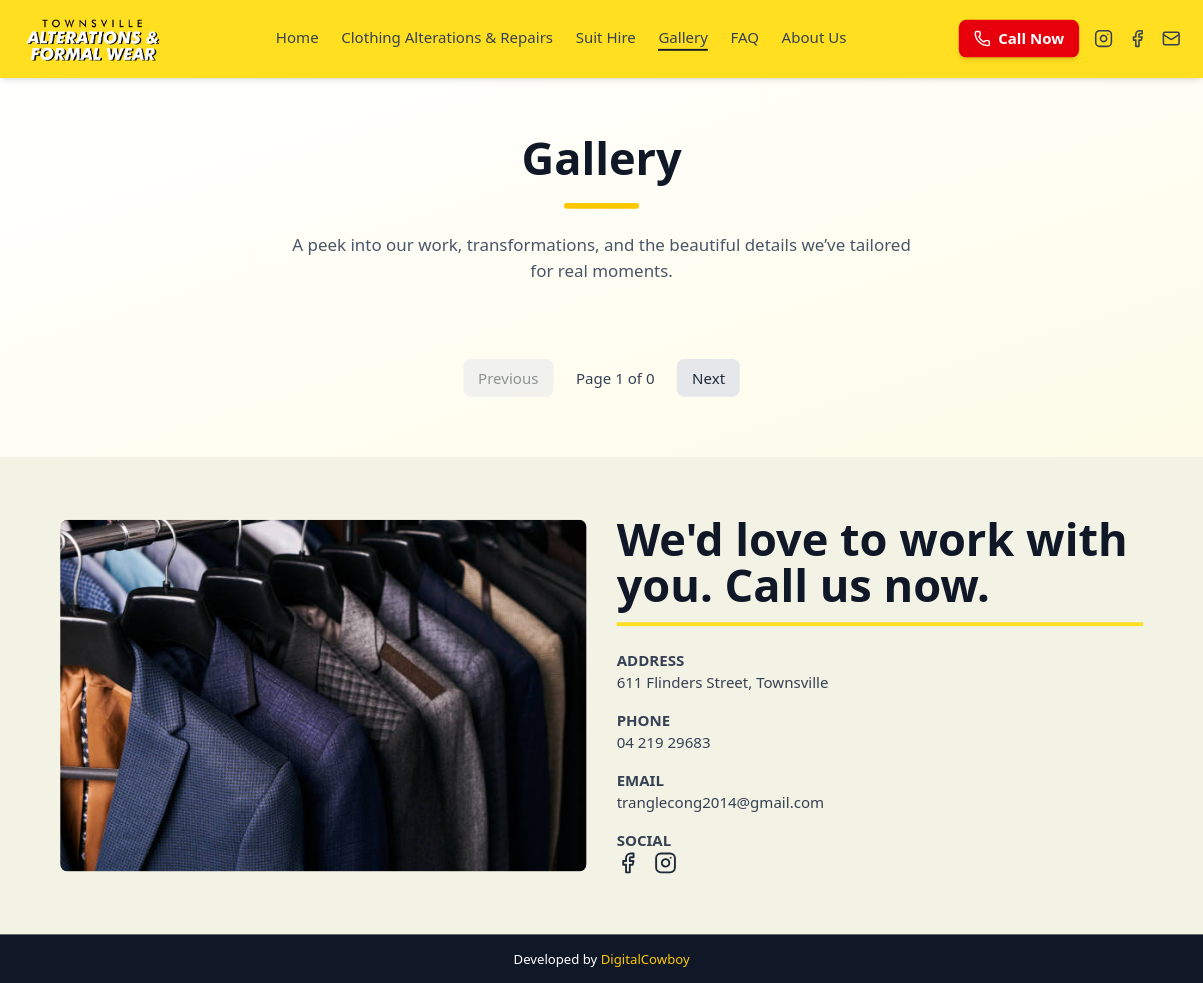
Repository: tarekhasan1/townsville-alteration
Page: /gallery
These files come from the project's save history. The page is drawn as it stood at one moment and after the next save; the edit follows.
The browser window is 1280 px wide. The pictures show the whole page, at 94% of full size.
The page's requests for data from a server got no answer. The project was rebuilt for these pictures with package versions that can differ from the ones it lists, and the page was loaded fresh each time. The framework's server and built-in components were replaced by stand-ins that run in the browser. No one was signed in, and anything a server would have sent is missing. Also part of the build but not shown: next.config.ts.

Above is the page before, as saved 2026-01-21 05:15:33.

After the next save:
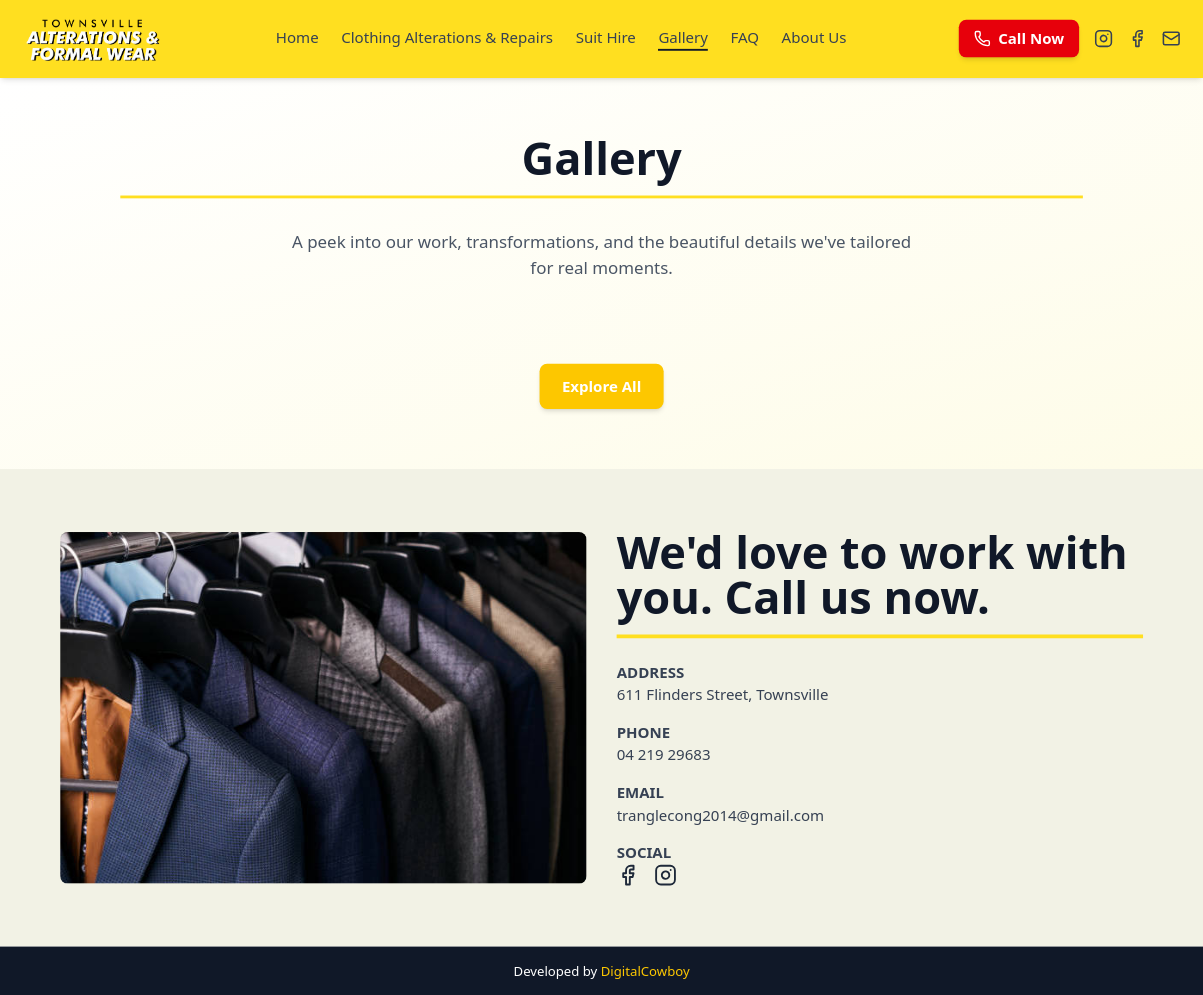
Saved 20 s later.
--- a/src/components/Gallery.tsx
+++ b/src/components/Gallery.tsx
@@ -1,105 +1,18 @@
+// components/Gallery.tsx
 'use client';
 
-import { useState, useEffect } from "react";
-import Image from "next/image";
-import { collection, getDocs } from "firebase/firestore";
-import { db } from "@/firebase/config";
-
-const itemsPerPage = 12;
+import ImageGallery from "@/components/ImageGallery";
 
 export default function Gallery() {
-    const [images, setImages] = useState<string[]>([]);
-    const [currentPage, setCurrentPage] = useState(0);
-
-
-    const totalPages = Math.ceil(images.length / itemsPerPage);
-    const paginatedImages = images.slice(
-        currentPage * itemsPerPage,
-        (currentPage + 1) * itemsPerPage
-    );
-
-    useEffect(() => {
-        const fetchImages = async () => {
-            try {
-                const snapshot = await getDocs(collection(db, "gallery"));
-                const urls = snapshot.docs.map(
-                    (doc) => doc.data().url as string
-                );
-                setImages(urls);
-                console.log("Fetched gallery images:", urls);
-            } catch (error) {
-                console.error("Error fetching gallery images:", error);
-            }
-        };
-
-        fetchImages();
-    }, []);
-
-    return (
-        <section
-            id="gallery"
-            aria-labelledby="gallery-heading"
-            className="bg-gradient-to-br from-white to-yellow-50 py-16 px-6 md:px-12 lg:px-24 text-gray-800"
-        >
-            <div className="max-w-6xl mx-auto text-center">
-                <h2
-                    id="gallery-heading"
-                    className="text-4xl md:text-5xl font-bold text-gray-900 mb-4"
-                >
-                    Gallery
-                </h2>
-                <hr className="w-20 border-yellow-400 border-[3px] mx-auto my-6 rounded-full" />
-                <p className="text-lg text-gray-600 max-w-2xl mx-auto mb-10">
-                    A peek into our work, transformations, and the beautiful
-                    details we’ve tailored for real moments.
-                </p>
-
-                <div className="grid grid-cols-1 md:grid-cols-3 gap-6">
-                    {paginatedImages.map((src, index) => (
-                        <div
-                            key={index}
-                            className="overflow-hidden rounded-xl shadow-md hover:shadow-xl transition-transform duration-300 ease-in-out transform hover:scale-105"
-                        >
-                            <Image
-                                src={src}
-                                alt={`Gallery Image ${index + 1}`}
-                                width={400}
-                                height={500}
-                                className="w-full h-72 object-cover"
-                                loading="lazy"  // Add lazy loading for SEO
-                            />
-                        </div>
-                    ))}
-                </div>
-
-                <div className="flex justify-center items-center mt-10 space-x-6">
-                    <button
-                        onClick={() =>
-                            setCurrentPage((prev) => Math.max(prev - 1, 0))
-                        }
-                        disabled={currentPage === 0}
-                        className="px-4 py-2 bg-gray-200 text-gray-800 rounded-lg hover:bg-yellow-300 disabled:opacity-50 disabled:cursor-not-allowed transition"
-                    >
-                        Previous
-                    </button>
-
-                    <span className="text-gray-700 font-medium">
-                        Page {currentPage + 1} of {totalPages}
-                    </span>
-
-                    <button
-                        onClick={() =>
-                            setCurrentPage((prev) =>
-                                Math.min(prev + 1, totalPages - 1)
-                            )
-                        }
-                        disabled={currentPage === totalPages - 1}
-                        className="px-4 py-2 bg-gray-200 text-gray-800 rounded-lg hover:bg-yellow-300 disabled:opacity-50 disabled:cursor-not-allowed transition"
-                    >
-                        Next
-                    </button>
-                </div>
-            </div>
-        </section>
-    );
+  return (
+    <section id="gallery" aria-labelledby="gallery-heading">
+      <ImageGallery
+        collection="gallery"
+        title="Gallery"
+        description="A peek into our work, transformations, and the beautiful details we've tailored for real moments."
+        itemsPerPage={12}
+        showExploreButton={true}
+      />
+    </section>
+  );
 }
